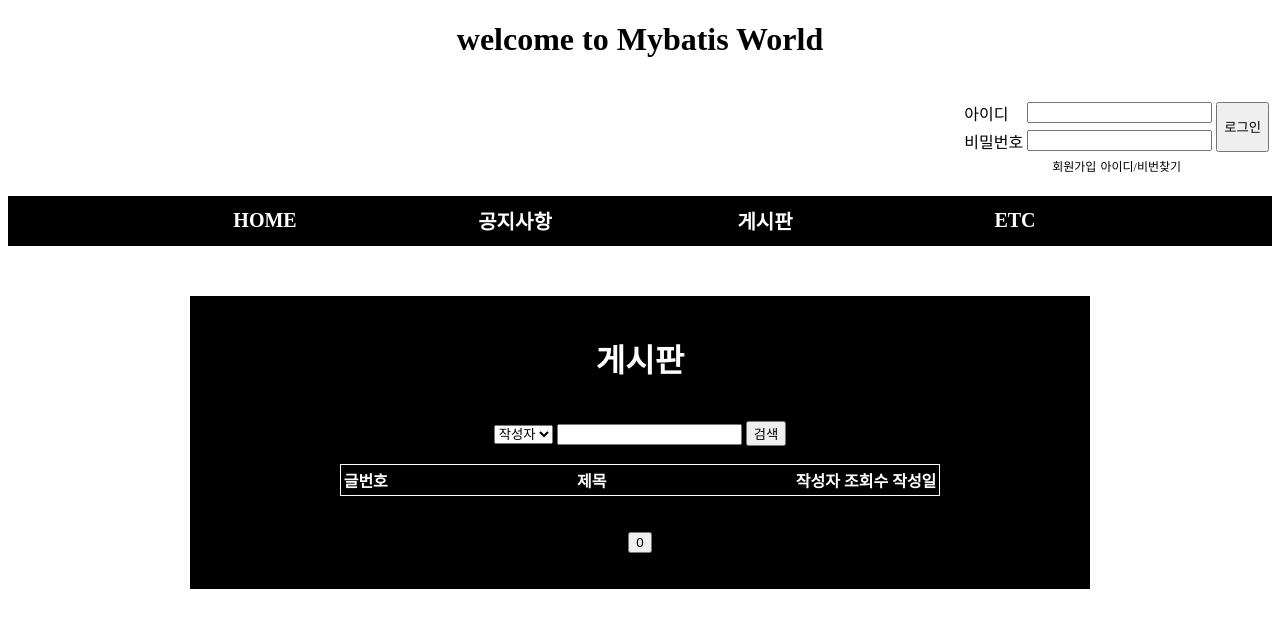
Repository: didwlwd/workspace
Page: http://localhost/mybatisProject/views/board/boardListView.jsp
The author's editor kept a copy of each file at every save. The page is drawn from the files as they stood at one save, then again after a run of saves.
The browser window is 1280 px wide. The pictures show the whole page.
The page is served by Tomcat 10. The template is opened directly, without the code that normally fills it, so the values that code supplies are empty.

Above is the page before, as saved 2025-03-07 08:17:17.

After the next 2 saves:
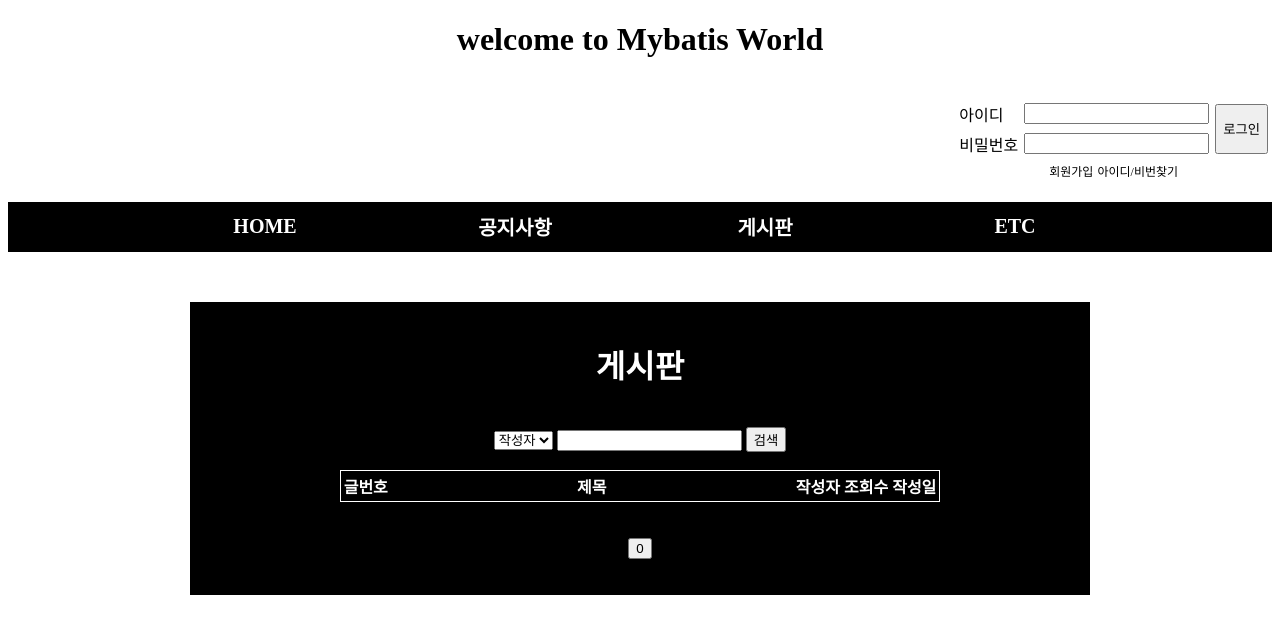
The 2 saves are shown as one change because they came seconds apart.
The last was saved 20 min 8 s later.
--- a/08_myBatis/mybatisProject/src/main/webapp/views/board/boardListView.jsp
+++ b/08_myBatis/mybatisProject/src/main/webapp/views/board/boardListView.jsp
@@ -16,6 +16,10 @@
         color: white;
         text-decoration: none;
     }
+
+    td{
+    	border : 1px solid white;
+    }}
 </style>
 </head>
 <body>
